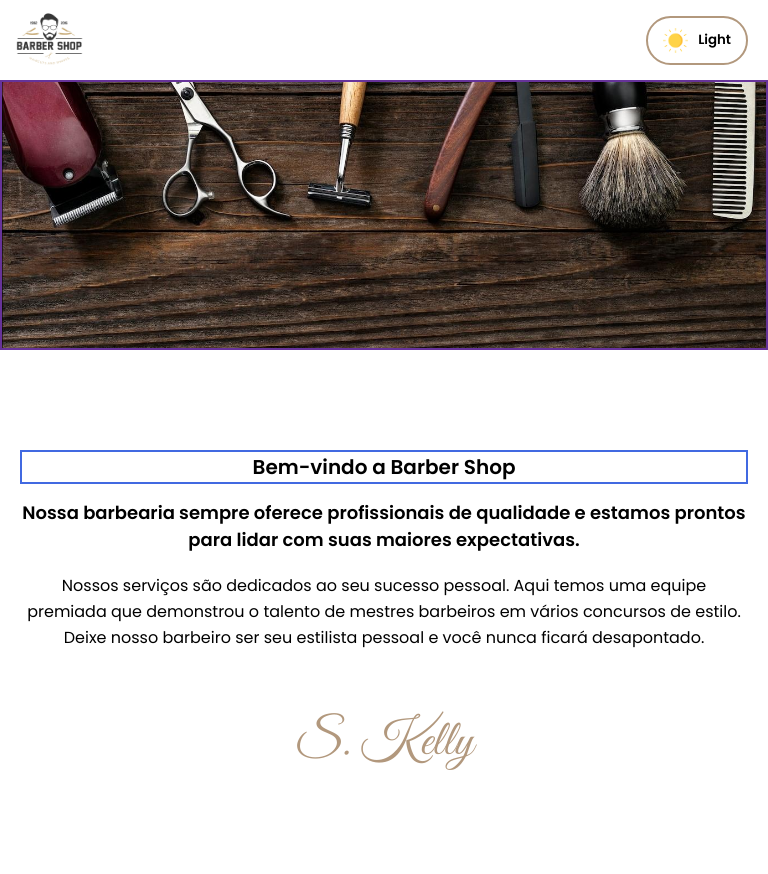
Repository: Daniells642/LandingPage-React
Page: /
These files come from the project's save history. The page is drawn as it stood at one moment and after the next save; the edit follows.
The browser window is 768 px wide. The pictures show the whole page.
The project was rebuilt for these pictures with package versions that can differ from the ones it lists, and the page was loaded fresh each time.

Above is the page before, as saved 2022-11-05 00:39:37.

After the next save:
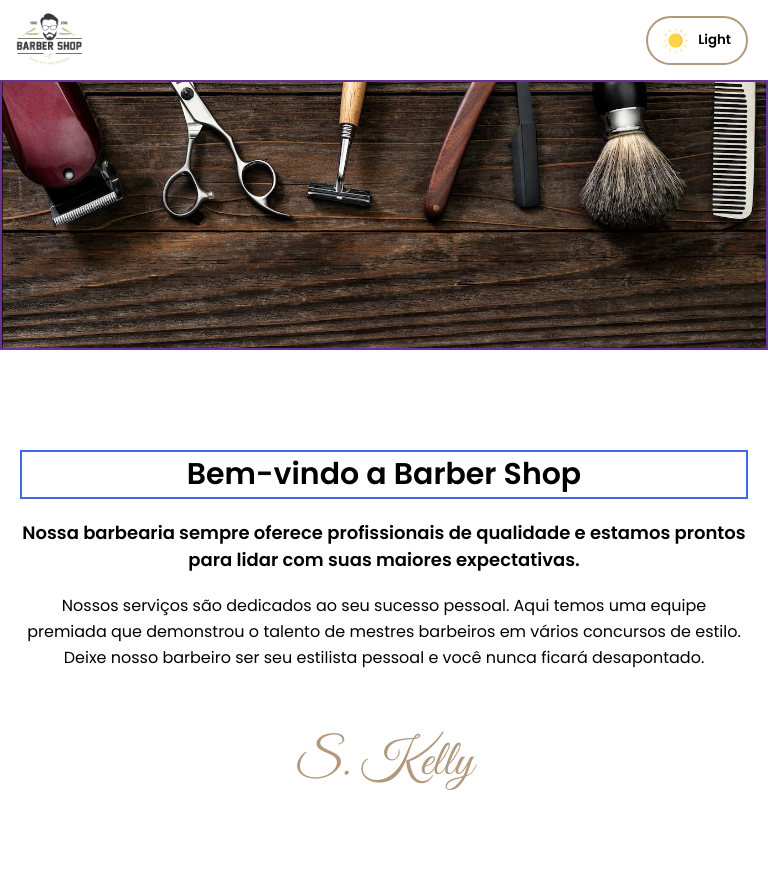
Saved 27 s later.
--- a/src/LandingPage/style.css
+++ b/src/LandingPage/style.css
@@ -87,7 +87,7 @@
 
 @media (max-width: 768px) {
   #secao-banner {height: 270px; border: 2px solid rebeccapurple;}
-  .secao-texto h1 {font-size: 20px; margin-bottom: 15px; border: 2px solid royalblue;}
+  .secao-texto h1 {font-size: 30px; margin-bottom: 20px; border: 2px solid royalblue;}
 }
 
 @media (max-width: 425px) {
